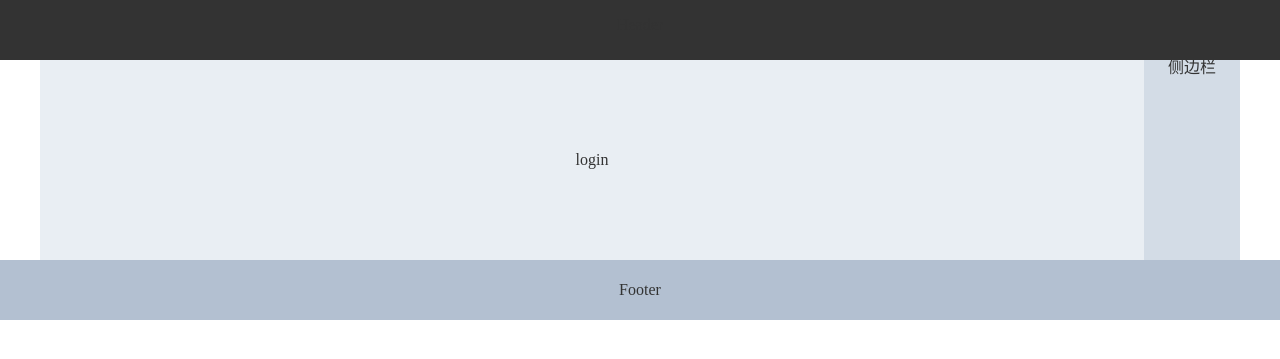
Repository: Trayvon21/cnode
Page: /login
An editor plug-in stored every save of this project. The page is shown before and after the next save, followed by the edit.
The browser window is 1280 px wide. The pictures show the whole page.
The project was rebuilt for these pictures with package versions that can differ from the ones it lists, and the page was loaded fresh each time. Also part of the build but not shown: vue.config.js.

Above is the page before, as saved 2019-12-16 13:43:39.

### public/index.html
<!DOCTYPE html>
<html lang="en">

<head>
    <meta charset="utf-8">
    <meta http-equiv="X-UA-Compatible" content="IE=edge">
    <meta name="viewport" content="width=device-width,initial-scale=1.0">
    <link rel="stylesheet" href="./css/reset.css">
    <link rel="icon" href="<%= BASE_URL %>favicon.ico">
    <title>demo</title>
</head>

<body>
    <noscript>
      <strong>We're sorry but demo doesn't work properly without JavaScript enabled. Please enable it to continue.</strong>
    </noscript>
    <div id="app"></div>
    <!-- built files will be auto injected -->
</body>

</html>

### src/main.js
import Vue from 'vue'
import App from './App.vue'
import router from './router'
import store from './store'
import service from './http'
import ElementUI from 'element-ui';
import 'element-ui/lib/theme-chalk/index.css';
import axios from 'axios'
Vue.use(ElementUI);
Vue.config.productionTip = false
Vue.prototype.$axios = service
new Vue({
    router,
    store,
    render: h => h(App)
}).$mount('#app')

### src/App.vue
<template>
 <div>
<router-view></router-view>
 </div>
</template>

<script>
 export default {
   data () {
     return {

     }
   },
   components: {

   },
   methods: {

   },
   mounted() {

   },
   watch: {

   },
   computed: {

   }
 }
</script>

<style scoped lang='scss'>

</style>

### src/router/index.js
import Vue from 'vue'
import VueRouter from 'vue-router'
import Home from '../views/Home.vue'

Vue.use(VueRouter)

const routes = [{
        path: '/',
        component: Home,
        children: [{
            path: '',
            name: 'main',
            component: () =>
                import ('../views/main/Main')
        }]
    }, {
        path: '/login',
        component: Home,
        children: [{
            path: '',
            name: 'login',
            component: () =>
                import ('../views/Login/Login')
        }]
    }, {
        path: '/:id',
        component: Home,
        children: [{
            path: '',
            name: 'detail',
            component: () =>
                import ('../views/detail/Detail')
        }]
    }, {
        path: '*',
        name: 'error',
        component: () => ('../views/error')
    }

]

const router = new VueRouter({
    mode: 'history',
    base: process.env.BASE_URL,
    routes
})

export default router

### src/http/index.js
import axios from 'axios'
import qs from 'qs'
import { Loading, Message } from 'element-ui'

// let loading = null


// 判断当前环境是生产环境还是开发环境
// process.env.NODE_ENV的值决定当前环境
// production为生产环境 development为开发环境
const isProduction = process.env.NODE_ENV === 'production'

// 创建axios配置对象
const service = axios.create()

// 接口基础路径
service.defaults.baseURL = isProduction ? '线上接口路径' : '/api'

// 超时时间
service.defaults.timeout = 10000
    // 请求头类型
service.defaults.headers.post['Content-Type'] = 'application/x-www-form-urlencoded'

// 请求拦截器
service.interceptors.request.use(config => {
    loading = Loading.service({
        text: '正在加载中......'
    })
    let token = localStorage.getItem('adminToken')
        // 每次请求 都在请求头带上token
    if (token) {
        config.headers['Authorization'] = 'Bearer ' + token
    }
    return config
}, err => {
    console.log(err)
    return Promise.reject(err)
})

// 响应拦截器
service.interceptors.response.use(response => {
    if (loading) {
        loading.close()
    }
    return response.data
}, err => {
    // if (err.response.status === 401) {
    //   Message.error(err.response.data.msg)
    // }
})

service.req = function(...params) {
    if (params.length === 1) {
        return service.get(params[0])
    }
    if (params.length === 2) {
        return service.post(params[0], qs.stringify(params[1]))
    }
}

export default service

### src/views/Home.vue
<template>
  <div>
    <el-container>
      <el-header>Header</el-header>
      <el-container class="main">
        <el-main>
          <router-view />
        </el-main>
        <el-aside width="96px">
          <Aside class="aside"/>
        </el-aside>
      </el-container>
      <el-footer>Footer</el-footer>
    </el-container>
  </div>
</template>

<script>
import Aside from "../components/aside/Aside";
export default {
  data() {
    return {};
  },
  components: {
    Aside
  },
  methods: {},
  mounted() {},
  watch: {},
  computed: {}
};
</script>

<style scoped lang='scss'>
.el-header {
  background-color: #333;
  color: #333;
  text-align: center;
  line-height: 50px;
}
.el-main {
  background-color: #e9eef3;
  color: #333;
  text-align: center;
  line-height: 160px;
}
.el-aside {
  background-color: #d3dce6;
  color: #333;
  text-align: center;
}

.el-footer {
  background-color: #b3c0d1;
  color: #333;
  text-align: center;
  line-height: 60px;
}
.main {
  width: 1200px;
  margin: 0 auto;
}
body {
  background: #e9eef3 !important;
}
</style>

### src/views/Login/Login.vue
<template>
  <div>login</div>
</template>

<script>
export default {
  data() {
    return {};
  },
  components: {},
  methods: {},
  mounted() {},
  watch: {},
  computed: {}
};
</script>

<style scoped lang='scss'>
</style>

### src/components/aside/Aside.vue
<template>
 <div>
     侧边栏
 </div>
</template>

<script>
 export default {
   data () {
     return {

     }
   },
   components: {

   },
   methods: {

   },
   mounted() {

   },
   watch: {

   },
   computed: {

   }
 }
</script>

<style scoped lang='scss'>

</style>

Loaded but not shown: src/store/index.js (common file); public/css/reset.css (common file)

After the next save:
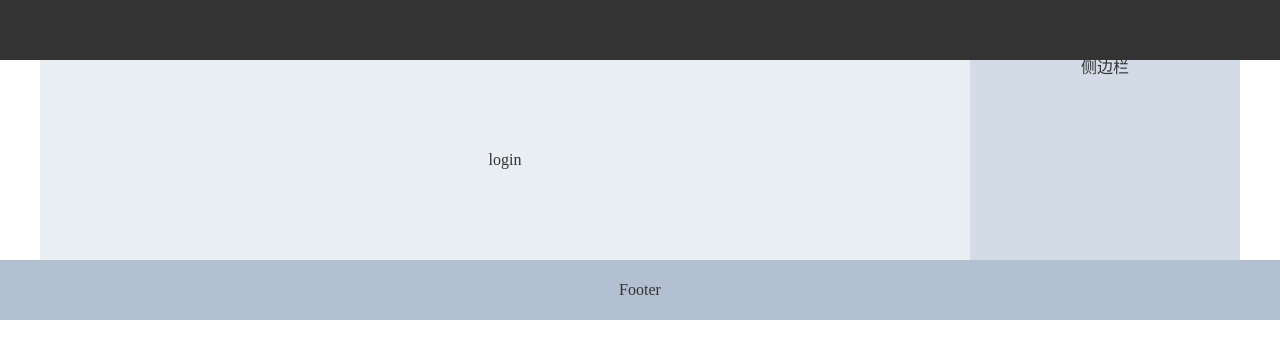
Saved 33 s later.
--- a/src/views/Home.vue
+++ b/src/views/Home.vue
@@ -6,7 +6,7 @@
         <el-main>
           <router-view />
         </el-main>
-        <el-aside width="96px">
+        <el-aside width="270px">
           <Aside class="aside"/>
         </el-aside>
       </el-container>
